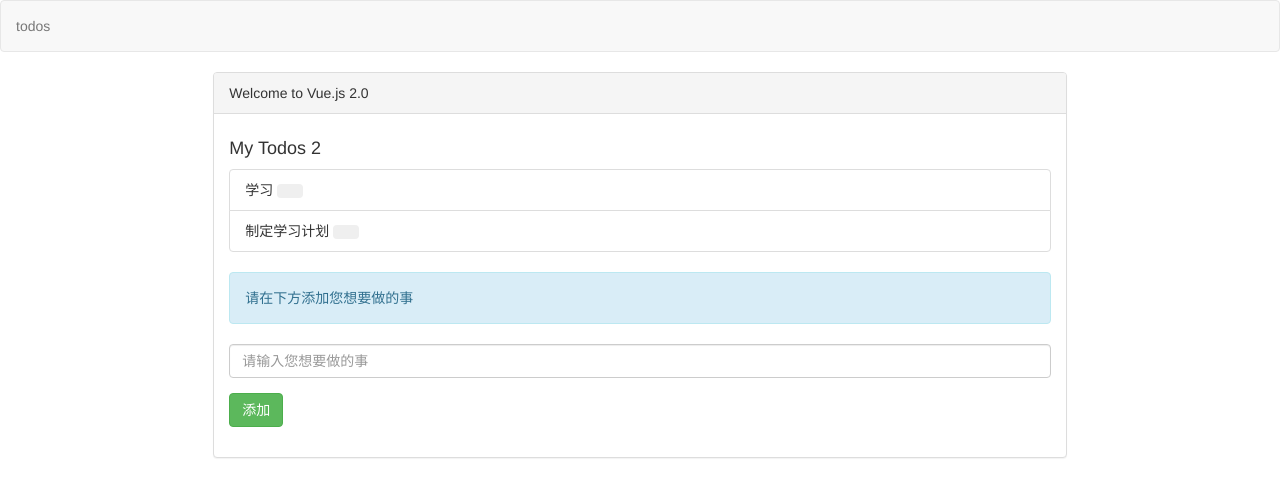
Repository: myr1111/todo
Page: Todoapp/index.html
An editor plug-in stored every save of this project. The page is shown before and after the next save, followed by the edit.
The browser window is 1280 px wide. The pictures show the whole page.

Above is the page before, as saved 2019-04-01 08:40:03.

### Todoapp/index.html
<!DOCTYPE html>
<html lang="en">
<head>
    <meta charset="UTF-8">
    <meta name="viewport" content="width=device-width, initial-scale=1.0">
    <meta http-equiv="X-UA-Compatible" content="ie=edge">
    <title>Document</title>
    <link rel="stylesheet" href="bootstrap.min.css">
    <script src="vue.min.js"></script>
</head>
<body>
    <nav class="navbar navbar-default">
        <p class="navbar-text">todos</p>
    </nav>
    <div id="app" class="container col-md-8 col-md-offset-2">
        <div class="row">
            <div class="panel panel-default">
                <div class=" panel-heading">Welcome to Vue.js 2.0</div>
                <div class="panel-body">
                    <h4>My Todos {{todosCount}}</h4>
                    <ul class="list-group">
                        <li class="list-group-item"
                            v-for="todo in todos"
                        >{{todo.title}}
                            <button class="btn btn"></button>
                        </li>
                    </ul>
                    <div class="alert alert-info">请在下方添加您想要做的事</div>
                    <form v-on:submit.prevent="add()">
                        <div class="form-group">
                            <input v-model="newTodo.title" type="text" placeholder="请输入您想要做的事" class="form-control">
                        </div>
                        <div class="form-group">
                            <button type="submit" class="btn btn-success">添加</button>
                        </div>
                    </form>
                </div>
            </div>
        </div>
    </div>
    <script>
        new Vue({
            el : "#app",
            data : {
                todos : [
                    {title : "学习"},
                    {title : "制定学习计划"}
                ],
                newTodo : {title : ""}
            },
            computed: {
                todosCount(){
                    return this.todos.length;
                }
            },
            methods: {
                add(){
                    this.todos.push(this.newTodo);
                    this.newTodo = {title : ""};
                }
            },
        });

    </script>
</body>
</html>

Loaded but not shown: Todoapp/bootstrap.min.css (library); Todoapp/vue.min.js (library)

After the next save:
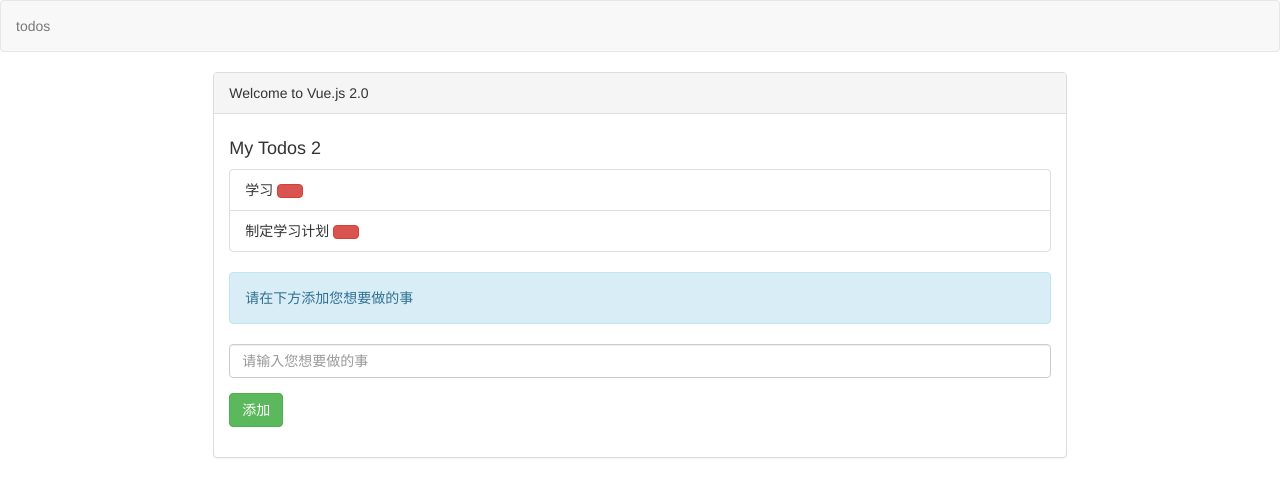
Saved 7 s later.
--- a/Todoapp/index.html
+++ b/Todoapp/index.html
@@ -22,7 +22,7 @@
                         <li class="list-group-item"
                             v-for="todo in todos"
                         >{{todo.title}}
-                            <button class="btn btn"></button>
+                            <button class="btn btn-danger"></button>
                         </li>
                     </ul>
                     <div class="alert alert-info">请在下方添加您想要做的事</div>
